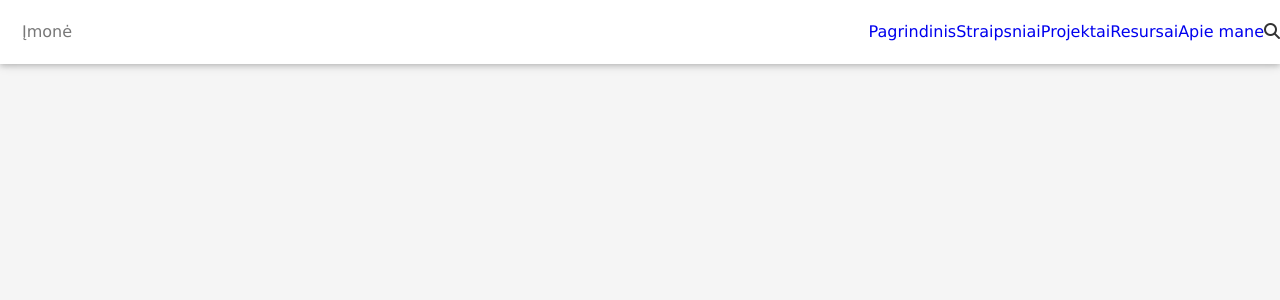
Repository: motiejus1/14-paskaita-05.31
Page: index.html
These files come from the project's save history. The page is drawn as it stood at one moment and after a run of saves; the edit follows.
The browser window is 1280 px wide. The pictures show the whole page.
Some web libraries are served in a nearby version.

Above is the page before, as saved 2021-06-23 19:00:01.

After the next 4 saves:
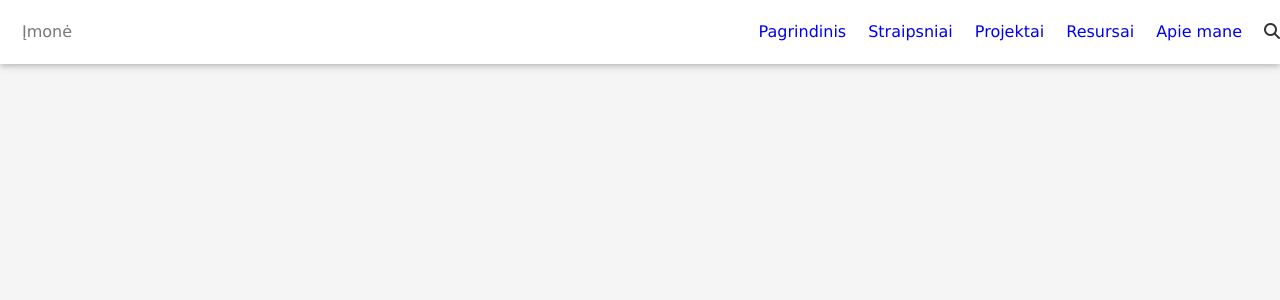
The 4 saves are shown as one change because they came seconds apart.
The last was saved 11 s later.
--- a/index.html
+++ b/index.html
@@ -62,6 +62,7 @@
             display: block;
             height: 4rem;
             line-height: 4rem;
+            padding-left: 1.375rem;
 
         }
 
